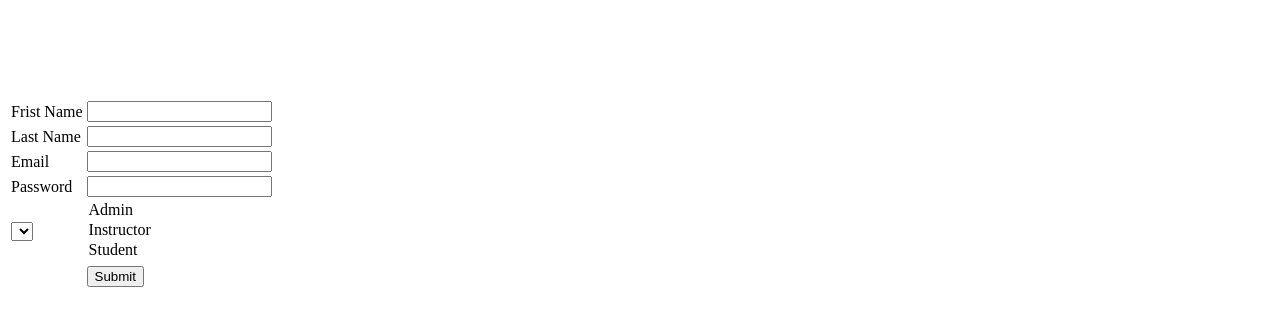
Repository: zshafi01/LearnerAcadamy
Page: http://localhost/LearnerAcadamy/user.jsp
An editor plug-in stored every save of this project. The page is shown before and after the next save, followed by the edit.
The browser window is 1280 px wide. The pictures show the whole page.
The page is served by Tomcat 9.

Above is the page before, as saved 2021-02-03 21:56:31.

After the next save:
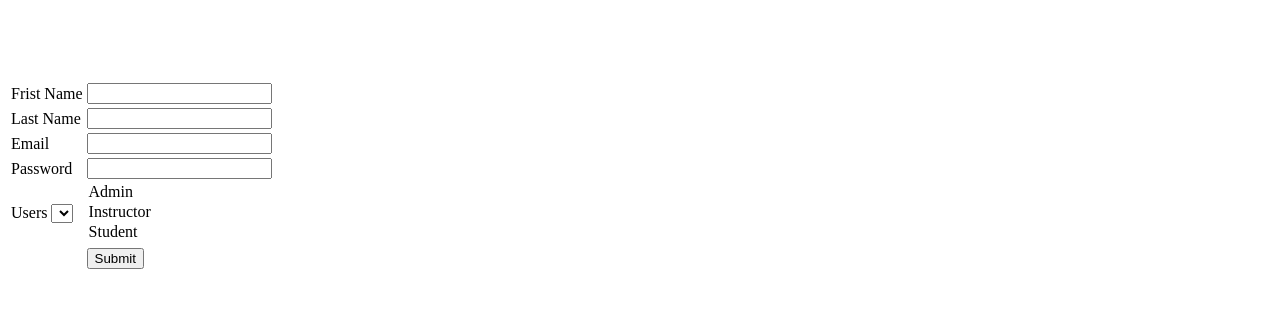
Saved 10 min 26 s later.
--- a/LearnerAcadamy/WebContent/user.jsp
+++ b/LearnerAcadamy/WebContent/user.jsp
@@ -20,12 +20,13 @@
 <td>Password</td><td><input type="password" name="password"></td><br/>
 </tr>
 <tr>
-<td><select name="type"></td><td>
+<td class="select">Users
+<select name="type"></td><td>
 	<option value="admin">Admin</option>
     <option value="Instructor">Instructor</option>
     <option value="Student">Student</option>
-
-</select></td><br/>
+</select>
+<td ALIGN="center"></td></td>
 </tr>
 <tr>
 <td></td><td><input type="submit" value="Submit"></td></tr>
